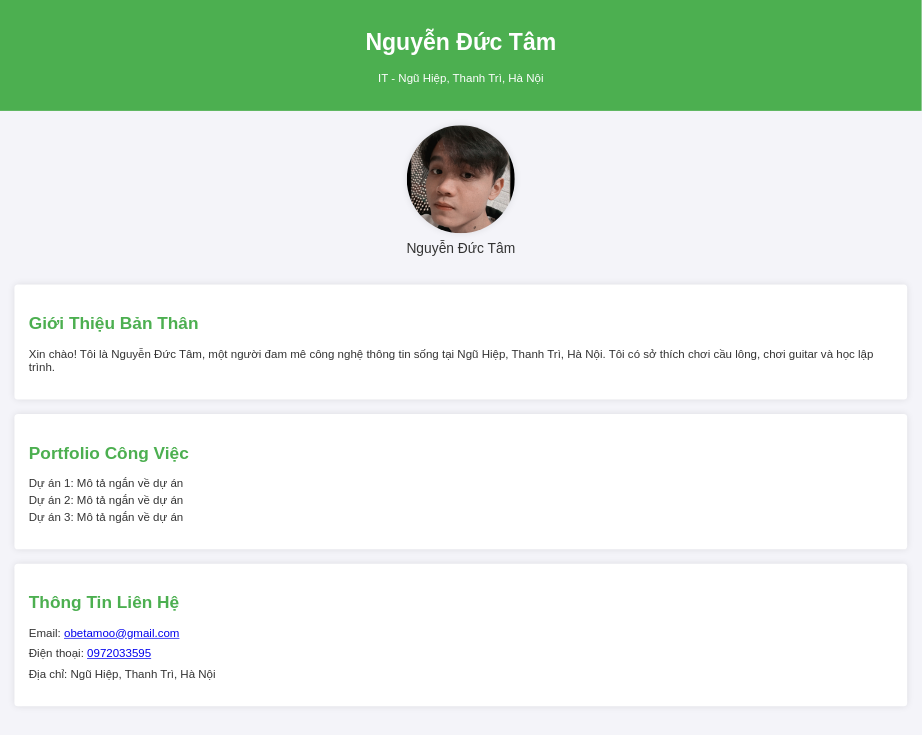
Repository: obetamoo/Introduce
Page: index.html
An editor plug-in stored every save of this project. The page is shown before and after the next save, followed by the edit.
The browser window is 1280 px wide. The pictures show the whole page, at 72% of full size.

Above is the page before, as saved 2024-07-15 10:37:42.

### index.html
<!DOCTYPE html>
<html lang="vi">
<head>
    <meta charset="UTF-8">
    <meta name="viewport" content="width=device-width, initial-scale=1.0">
    <title>Nguyễn Đức Tâm - IT</title>
    <style>
        body {
            font-family: Arial, sans-serif;
            margin: 0;
            padding: 0;
            background-color: #f4f4f9;
            color: #333;
        }
        header {
            background-color: #4CAF50;
            color: white;
            padding: 20px;
            text-align: center;
        }
        .container {
            padding: 20px;
        }
        .profile, .portfolio, .contact {
            margin-bottom: 20px;
            padding: 20px;
            background-color: white;
            border-radius: 5px;
            box-shadow: 0 0 10px rgba(0,0,0,0.1);
        }
        h2 {
            color: #4CAF50;
        }
        ul {
            list-style-type: none;
            padding: 0;
        }
        ul li {
            margin: 5px 0;
        }
        .contact ul li {
            margin: 10px 0;
        }
        .avatar {
            display: flex;
            align-items: center;
            flex-direction: column;
            margin-bottom: 20px;
            user-select: none; /* Ngăn chọn ảnh */
        }
        .avatar img {
            border-radius: 50%;
            width: 150px;
            height: 150px;
            object-fit: cover;
            box-shadow: 0 0 10px rgba(0,0,0,0.1);
            pointer-events: none; /* Ngăn kéo ảnh */
        }
        .avatar p {
            margin-top: 10px;
            font-size: 1.2em;
            color: #333;
        }
    </style>
</head>
<body>
    <header>
        <h1>Nguyễn Đức Tâm</h1>
        <p>IT - Ngũ Hiệp, Thanh Trì, Hà Nội</p>
    </header>
    <div class="container">
        <div class="avatar">
            <img src="./asset/img/avatar.jpg" alt="Nguyễn Đức Tâm">
            <p>Nguyễn Đức Tâm</p>
        </div>
        <section class="profile">
            <h2>Giới Thiệu Bản Thân</h2>
            <p>Xin chào! Tôi là Nguyễn Đức Tâm, một người đam mê công nghệ thông tin sống tại Ngũ Hiệp, Thanh Trì, Hà Nội. Tôi có sở thích chơi cầu lông, chơi guitar và học lập trình.</p>
        </section>
        <section class="portfolio">
            <h2>Portfolio Công Việc</h2>
            <ul>
                <li>Dự án 1: Mô tả ngắn về dự án</li>
                <li>Dự án 2: Mô tả ngắn về dự án</li>
                <li>Dự án 3: Mô tả ngắn về dự án</li>
                <!-- Bạn có thể thêm nhiều dự án hơn -->
            </ul>
        </section>
        <section class="contact">
            <h2>Thông Tin Liên Hệ</h2>
            <ul>
                <li>Email: <a href="mailto:obetamoo@gmail.com">obetamoo@gmail.com</a></li>
                <li>Điện thoại: <a href="tel:0972033595">0972033595</a></li>
                <li>Địa chỉ: Ngũ Hiệp, Thanh Trì, Hà Nội</li>
            </ul>
        </section>
    </div>
    <script>
        // Ngăn nhấp chuột phải vào ảnh
        document.addEventListener('DOMContentLoaded', (event) => {
            const images = document.querySelectorAll('img');
            images.forEach(img => {
                img.oncontextmenu = function() {
                    return false;
                }
            });
        });
    </script>
</body>
</html>

After the next save:
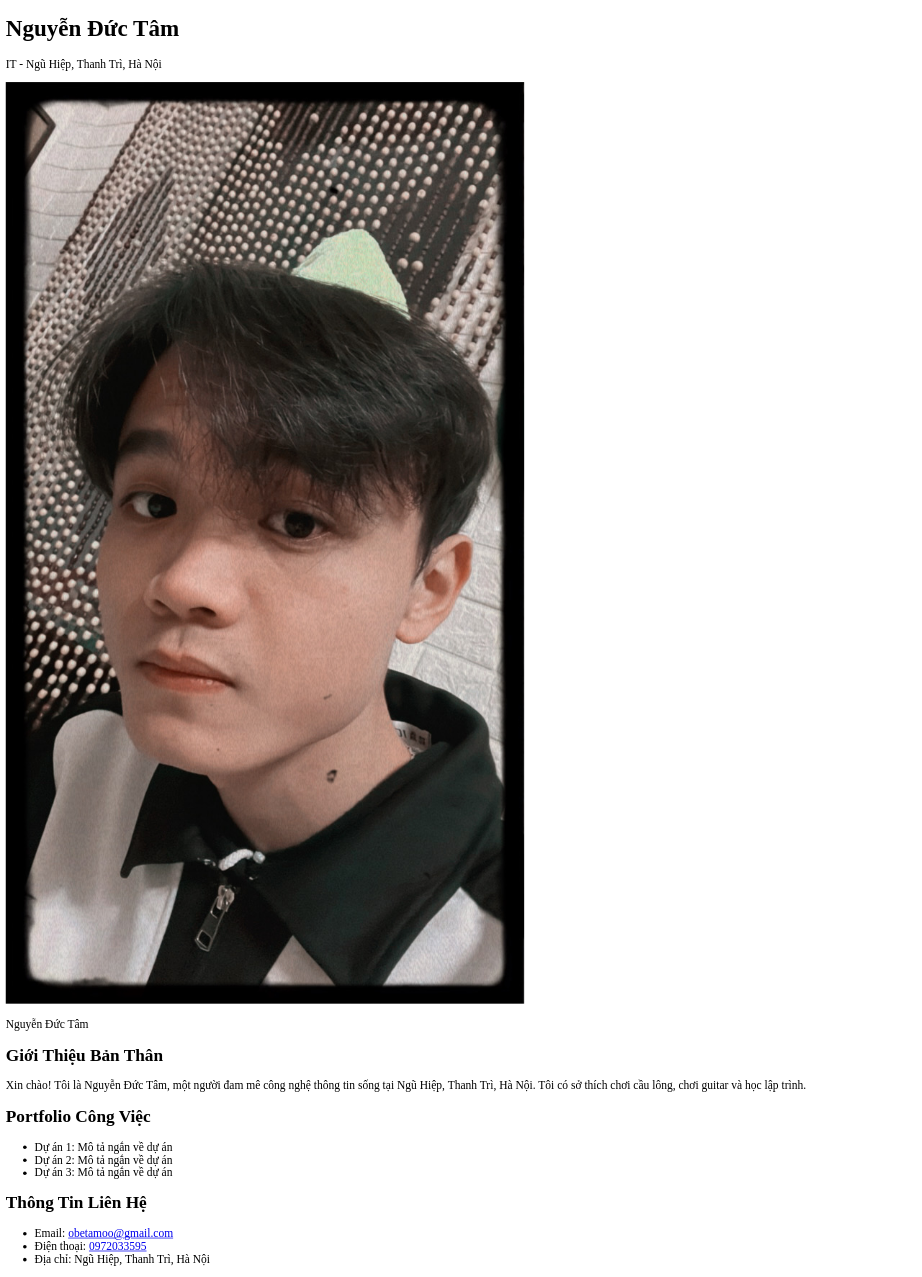
Saved 6 s later.
--- a/index.html
+++ b/index.html
@@ -5,62 +5,62 @@
     <meta name="viewport" content="width=device-width, initial-scale=1.0">
     <title>Nguyễn Đức Tâm - IT</title>
     <style>
-        body {
-            font-family: Arial, sans-serif;
-            margin: 0;
-            padding: 0;
-            background-color: #f4f4f9;
-            color: #333;
-        }
-        header {
-            background-color: #4CAF50;
-            color: white;
-            padding: 20px;
-            text-align: center;
-        }
-        .container {
-            padding: 20px;
-        }
-        .profile, .portfolio, .contact {
-            margin-bottom: 20px;
-            padding: 20px;
-            background-color: white;
-            border-radius: 5px;
-            box-shadow: 0 0 10px rgba(0,0,0,0.1);
-        }
-        h2 {
-            color: #4CAF50;
-        }
-        ul {
-            list-style-type: none;
-            padding: 0;
-        }
-        ul li {
-            margin: 5px 0;
-        }
-        .contact ul li {
-            margin: 10px 0;
-        }
-        .avatar {
-            display: flex;
-            align-items: center;
-            flex-direction: column;
-            margin-bottom: 20px;
-            user-select: none; /* Ngăn chọn ảnh */
-        }
-        .avatar img {
-            border-radius: 50%;
-            width: 150px;
-            height: 150px;
-            object-fit: cover;
-            box-shadow: 0 0 10px rgba(0,0,0,0.1);
-            pointer-events: none; /* Ngăn kéo ảnh */
-        }
-        .avatar p {
-            margin-top: 10px;
-            font-size: 1.2em;
-            color: #333;
-        }
+
+
+
+
+
+
+
+
+
+
+
+
+
+
+
+
+
+
+
+
+
+
+
+
+
+
+
+
+
+
+
+
+
+
+
+
+
+
+
+
+
+
+
+
+
+
+
+
+
+
+
+
+
+
+
+
     </style>
 </head>
 <body>
